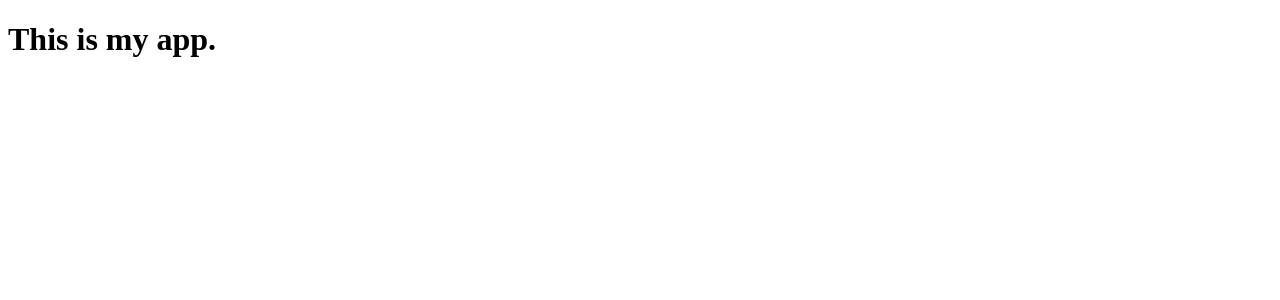
Repository: mistikel/Java-Servlet-3
Page: Java Servlet 3 Exercise/project4-exercise/SampleServlet/WebContent/index.html
The author's editor kept a copy of each file at every save. The page is drawn from the files as they stood at one save, then again after the next save.
The browser window is 1280 px wide. The pictures show the whole page.

Above is the page before, as saved 2017-04-21 01:41:29.

### Java Servlet 3 Exercise/project4-exercise/SampleServlet/WebContent/index.html
<!DOCTYPE html>
<html>
<head>
<meta charset="ISO-8859-1">
<title>Welcome Page</title>
</head>
<body>
	<h1>This is my app.</h1>
</body>
</html>

After the next save:
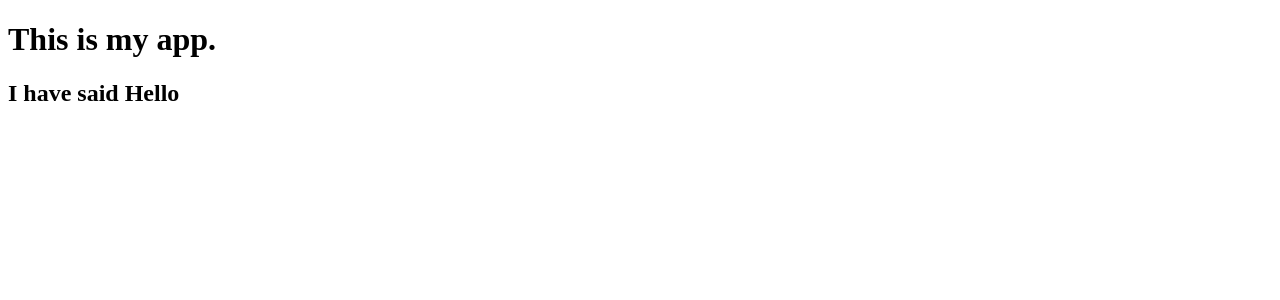
Saved 2 min 19 s later.
--- a/Java Servlet 3 Exercise/project4-exercise/SampleServlet/WebContent/index.html
+++ b/Java Servlet 3 Exercise/project4-exercise/SampleServlet/WebContent/index.html
@@ -6,5 +6,6 @@
 </head>
 <body>
 	<h1>This is my app.</h1>
+	<h2>I have said Hello</h2>
 </body>
 </html>
